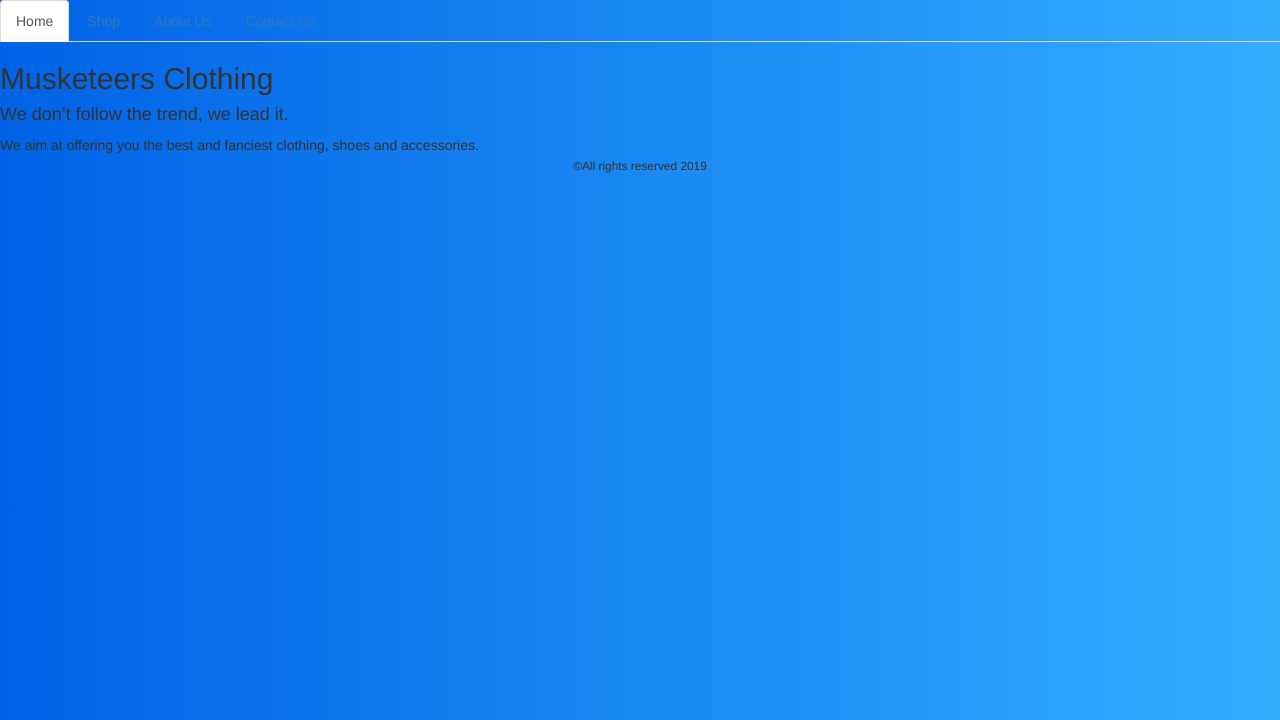
Repository: hamadanoor9/musketeers
Page: http://localhost/MusketeersClothing/WEB-INF/jsp/Home.jsp
An editor plug-in stored every save of this project. The page is shown before and after the next save, followed by the edit.
The browser window is 1280 px wide. The pictures show the whole page.
The page is served by Tomcat 9. Nobody is signed in. The template is opened directly, without the code that normally fills it, so the values that code supplies are empty.

Above is the page before, as saved 2019-10-07 02:01:17.

After the next save:
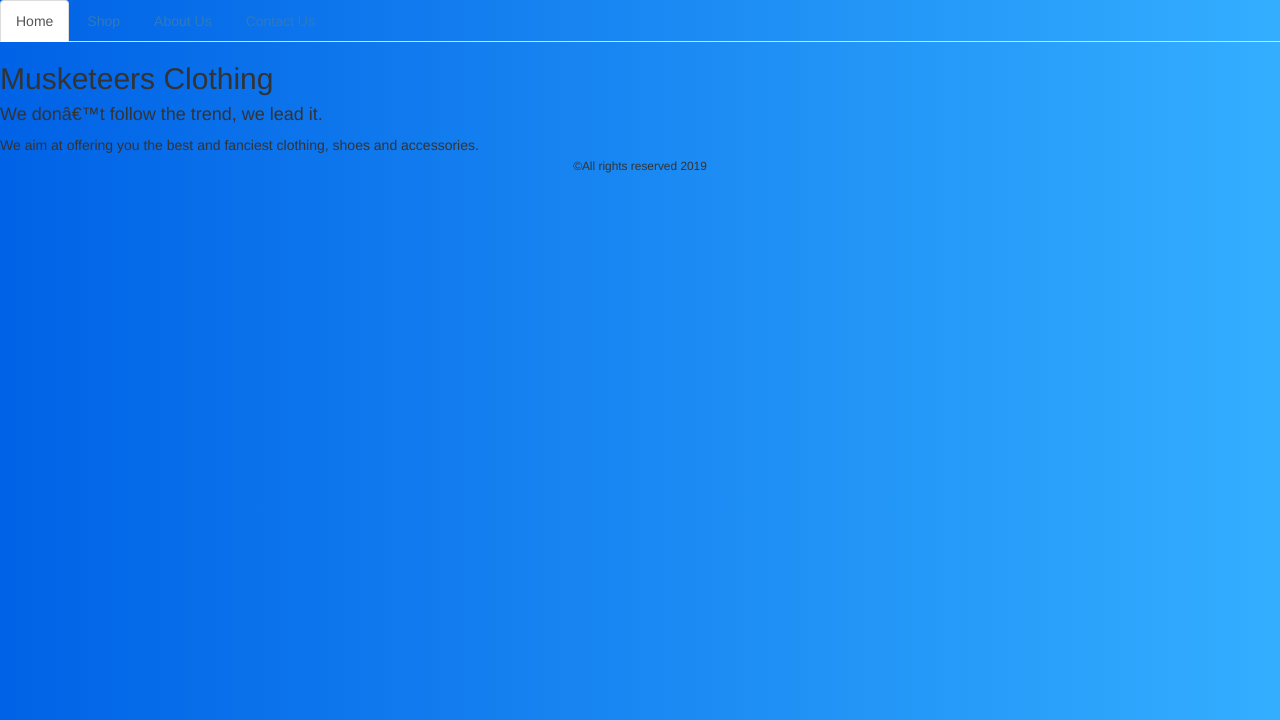
Saved 71 s later.
--- a/MusketeersClothing/WebContent/WEB-INF/jsp/Home.jsp
+++ b/MusketeersClothing/WebContent/WEB-INF/jsp/Home.jsp
@@ -1,12 +1,4 @@
-<%@ page language="java" contentType="text/html; charset=UTF-8"
-    pageEncoding="UTF-8"%>
-<!DOCTYPE html>
-<html>
-<head>
-<meta charset="UTF-8">
-<title>Musketeers Clothing!</title>
-</head>
-<body>
+
 	<jsp:include page="Header.jsp" />
 <h2>Musketeers Clothing</h2>
 <h4>We don’t follow the trend, we lead it.</h4>

After the 3 saves that followed:
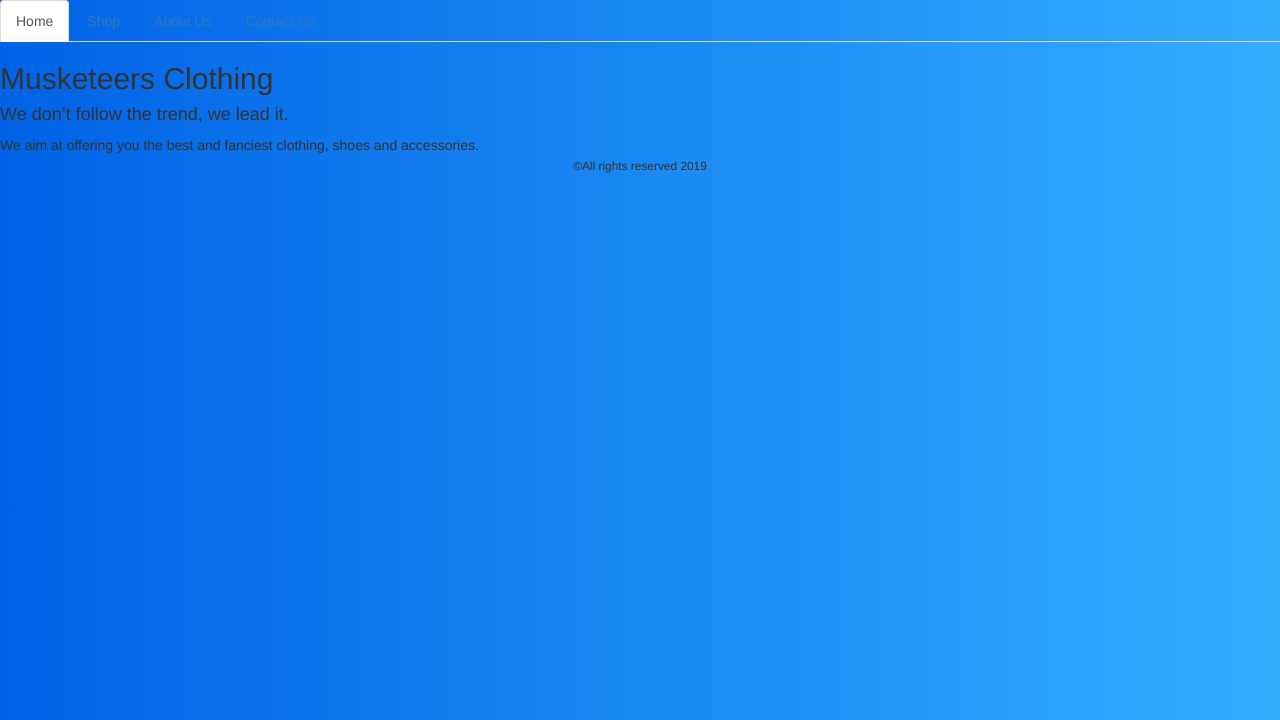
The 3 saves are shown as one change because 2 left the picture as it was.
The last was saved 75 s later.
--- a/MusketeersClothing/WebContent/WEB-INF/jsp/Home.jsp
+++ b/MusketeersClothing/WebContent/WEB-INF/jsp/Home.jsp
@@ -1,8 +1,8 @@
+<%@ page language="java" contentType="text/html; charset=UTF-8"
+    pageEncoding="UTF-8"%>
 
 	<jsp:include page="Header.jsp" />
 <h2>Musketeers Clothing</h2>
 <h4>We don’t follow the trend, we lead it.</h4>
 We aim at offering you the best and fanciest clothing, shoes and accessories.
 	<jsp:include page="Footer.jsp" />
-</body>
-</html>
--- a/MusketeersClothing/WebContent/WEB-INF/jsp/Header.jsp
+++ b/MusketeersClothing/WebContent/WEB-INF/jsp/Header.jsp
@@ -4,7 +4,7 @@
 <!doctype html>
 <html lang="en">
   <head>
-    <meta charset="utf-8">
+    <meta charset="UTF-8">
     <meta http-equiv="X-UA-Compatible" content="IE=edge">
     <meta name="viewport" content="width=device-width, initial-scale=1">
     <title>Menu | Musketeers Clothing</title>
